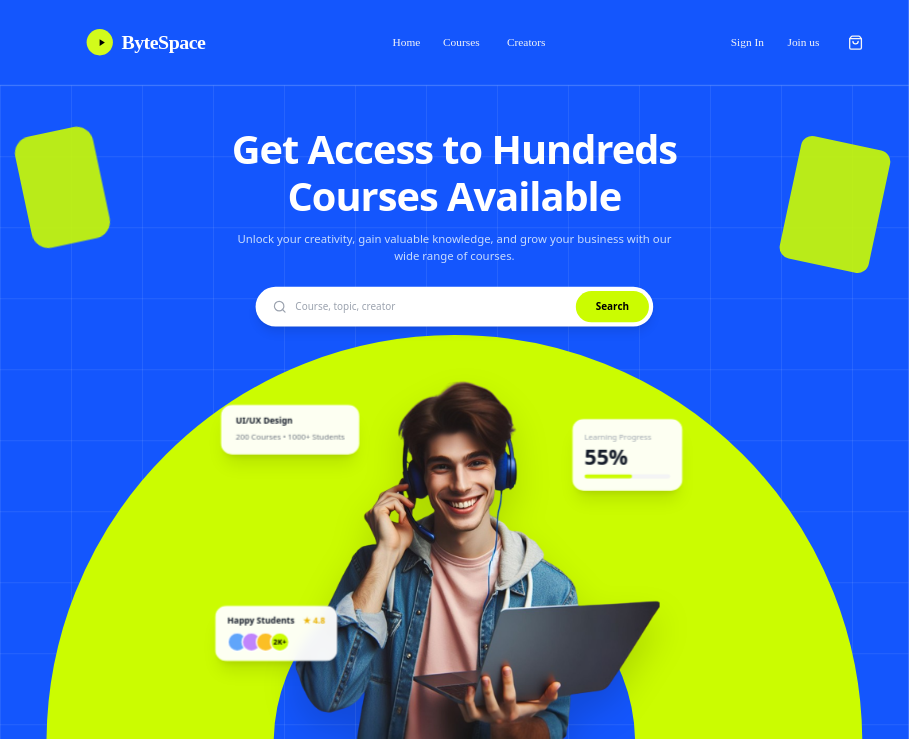
Repository: mdkawsarjomadder/bytespace
Page: /
These files come from the project's save history. The page is drawn as it stood at one moment and after the next save; the edit follows.
The browser window is 1280 px wide. The pictures show the whole page, at 71% of full size.
Some web fonts or font styles are not loaded; a fallback is used. The project was rebuilt for these pictures with package versions that can differ from the ones it lists, and the page was loaded fresh each time. Also part of the build but not shown: vite.config.js.

Above is the page before, as saved 2026-09-29 18:09:42.

### index.html
<!doctype html>
<html lang="en">
  <head>
    <meta charset="UTF-8" />
    <link rel="icon" type="image/svg+xml" href="/favicon.svg" />
    <meta name="viewport" content="width=device-width, initial-scale=1.0" />
    <title>bytespace</title>
  </head>
  <body>
    <div id="root"></div>
    <script type="module" src="/src/main.jsx"></script>
    <link href="https://api.fontshare.com/v2/css?f[]=satoshi@400,500,700&display=swap" rel="stylesheet">
  </body>
</html>

### src/App.jsx
import React from 'react';
import Navbar from './components/Navbar';
import Hero from './components/Hero';

function App() {
  return (
    <div className="min-h-screen bg-gray-50 font-sans">
      <Navbar />
      <Hero />
    </div>
  );
}

export default App;

### src/components/Navbar.jsx
import React from 'react';
import { ShoppingBag } from 'lucide-react';

const Navbar = () => {
  return (
    <header className="w-full h-[120px] bg-[#1456fd] border-b border-blue-400/20 pl-[122px] pr-16 flex items-center justify-between relative z-50">
      {/* 1. Brand Logo (Figma Specs: 171px x 37px) */}
      <div
        className="w-[171px] h-[37px] flex items-center gap-3 cursor-pointer select-none"
        style={{ opacity: 1 }}
      >
        {/* Play Icon Logo */}
        <div className="w-[37px] h-[37px] rounded-full bg-[#d2fb1b] flex items-center justify-center shrink-0">
          <svg
            className="w-4 h-4 text-black fill-current translate-x-0.5"
            viewBox="0 0 24 24"
          >
            <path d="M8 5v14l11-7z" />
          </svg>
        </div>
        {/* Logo Text */}
        <span className="text-[28px] font-bold tracking-tight text-white leading-none font-['Satoshi']">
          ByteSpace
        </span>
      </div>

      {/* 2. Navigation Links */}
      <nav className="hidden md:flex items-center gap-8 font-['Satoshi']">
        <a
          href="#home"
          className="text-[#F5F5F6] text-[16px] leading-[160%] font-normal hover:text-[#d2fb1b] transition-colors"
        >
          Home
        </a>
        <a
          href="#courses"
          className="w-[58px] h-[26px] flex items-center text-[#F5F5F6] text-[16px] leading-[160%] font-normal hover:text-[#d2fb1b] transition-colors"
          style={{ opacity: 1 }}
        >
          Courses
        </a>
        <a
          href="#creators"
          className="text-[#F5F5F6] text-[16px] leading-[160%] font-normal hover:text-[#d2fb1b] transition-colors"
        >
          Creators
        </a>
      </nav>

      {/* 3. Action Buttons & Cart */}
      <div className="flex items-center gap-6 font-['Satoshi']">
        <button
          className="w-[49px] h-[24px] flex items-center justify-center text-[#F5F5F6] text-[16px] leading-[24px] font-normal hover:text-white/80 transition-colors"
          style={{ opacity: 1 }}
        >
          Sign In
        </button>
        <button
          className="h-[24px] px-2 flex items-center justify-center text-[#F5F5F6] text-[16px] leading-[24px] font-normal hover:text-white/80 transition-colors"
          style={{ opacity: 1 }}
        >
          Join us
        </button>
        <button className="text-[#F5F5F6] hover:text-[#d2fb1b] transition-colors flex items-center justify-center ml-2">
          <ShoppingBag size={22} strokeWidth={2} />
        </button>
      </div>
    </header>
  );
};

export default Navbar;

### src/components/Hero.jsx
import React from 'react';
import { Search } from 'lucide-react';
import One1 from '../assets/01.png';

const Hero = () => {
  return (
    <section className="relative w-full bg-[#1456fd] overflow-hidden pt-14 pb-0 text-white flex flex-col items-center">
      {/* 1. Background Grid Pattern */}
      <div className="absolute inset-0 bg-[linear-gradient(to_right,#ffffff15_1px,transparent_1px),linear-gradient(to_bottom,#ffffff15_1px,transparent_1px)] bg-[size:100px_100px] pointer-events-none" />

      {/* 2. Ellipse 7 Background Ring (Exact Figma Specs: 1149px x 1149px, Border 320px) */}
      <div
        className="absolute rounded-full pointer-events-none z-0"
        style={{
          width: '1149px',
          height: '1149px',
          bottom: '-580px',
          left: '50%',
          transform: 'translateX(-50%)',
          border: '320px solid #CBFC01',
          boxSizing: 'border-box',
        }}
      />

      {/* 3. Decorative 3D Elements */}
      <div className="absolute left-8 top-16 w-28 h-40 bg-[#CBFC01] rounded-3xl opacity-90 blur-[0.5px] transform -rotate-12 pointer-events-none hidden lg:block" />
      <div className="absolute right-10 top-20 w-32 h-44 bg-[#CBFC01] rounded-2xl opacity-90 transform rotate-12 pointer-events-none hidden lg:block" />

      {/* 4. Top Text & Search Bar (Exact Spacing & Hierarchy) */}
      <div className="relative z-10 w-full max-w-[1200px] mx-auto px-4 flex flex-col items-center text-center">

        {/* Main Headline */}
        <h1 className="text-4xl md:text-[56px] font-bold tracking-tight text-white leading-[1.18] max-w-[900px]">
          Get Access to Hundreds <br /> Courses Available
        </h1>

        {/* Subtitle */}
        <p className="mt-4 text-sm md:text-base text-blue-100/90 max-w-[650px] font-normal leading-relaxed">
          Unlock your creativity, gain valuable knowledge, and grow your business with our wide range of courses.
        </p>

        {/* Search Bar */}
        <div className="mt-8 w-full max-w-[560px] bg-white rounded-full p-1.5 pl-6 flex items-center shadow-lg justify-between gap-3">
          <div className="flex items-center gap-3 w-full">
            <Search className="w-5 h-5 text-gray-400 shrink-0" />
            <input
              type="text"
              placeholder="Course, topic, creator"
              className="w-full bg-transparent text-gray-800 placeholder-gray-400 focus:outline-none text-sm font-medium"
            />
          </div>
          <button className="bg-[#CBFC01] hover:bg-[#b5e200] text-black font-semibold text-sm px-7 py-3 rounded-full transition-all duration-200 shrink-0 cursor-pointer">
            Search
          </button>
        </div>
      </div>

      {/* 5. Hero Visual Area (Image sitting flat at section bottom) */}
      <div className="relative w-full max-w-[578px] h-[541px] flex justify-center items-end z-10 mt-10">

        {/* Main Student Image */}
        <img
          src={One1}
          alt="Student Learning"
          className="w-[578px] h-[541px] object-contain block align-bottom pointer-events-none drop-shadow-2xl"
        />

        {/* Floating Card: UI/UX Design (Top Left) */}
        <div className="absolute -left-10 top-[70px] z-20 bg-white/95 backdrop-blur text-black p-3.5 px-5 rounded-2xl shadow-xl border border-white/20">
          <span className="text-xs font-bold text-gray-900 block">UI/UX Design</span>
          <span className="text-[11px] text-gray-500 font-medium">200 Courses • 1000+ Students</span>
        </div>

        {/* Floating Card: Learning Progress (Top Right) */}
        <div className="absolute -right-8 top-[90px] z-20 bg-white/95 backdrop-blur text-black p-4 rounded-2xl shadow-xl border border-white/20 min-w-[155px]">
          <span className="text-[11px] font-medium text-gray-400 block mb-1">Learning Progress</span>
          <span className="text-3xl font-extrabold text-gray-900 block leading-none">55%</span>
          <div className="w-full bg-gray-100 h-1.5 rounded-full mt-2.5 overflow-hidden">
            <div className="bg-[#CBFC01] h-full w-[55%] rounded-full" />
          </div>
        </div>

        {/* Floating Card: Happy Students (Bottom Left) */}
        <div className="absolute -left-12 bottom-[110px] z-20 bg-white/95 backdrop-blur text-black p-3 px-4 rounded-2xl shadow-xl border border-white/20">
          <div className="flex items-center justify-between gap-3 mb-2">
            <span className="text-xs font-bold text-gray-900">Happy Students</span>
            <span className="text-xs font-semibold text-yellow-500">★ 4.8</span>
          </div>
          <div className="flex items-center -space-x-2">
            <div className="w-7 h-7 rounded-full bg-blue-400 border-2 border-white"></div>
            <div className="w-7 h-7 rounded-full bg-purple-400 border-2 border-white"></div>
            <div className="w-7 h-7 rounded-full bg-amber-400 border-2 border-white"></div>
            <div className="w-7 h-7 rounded-full bg-[#CBFC01] border-2 border-white flex items-center justify-center text-[10px] font-bold text-black">
              2K+
            </div>
          </div>
        </div>

      </div>
    </section>
  );
};

export default Hero;

Loaded but not shown: src/main.jsx (common file); src/index.css (common file); tailwind.config.js (common file)

After the next save:
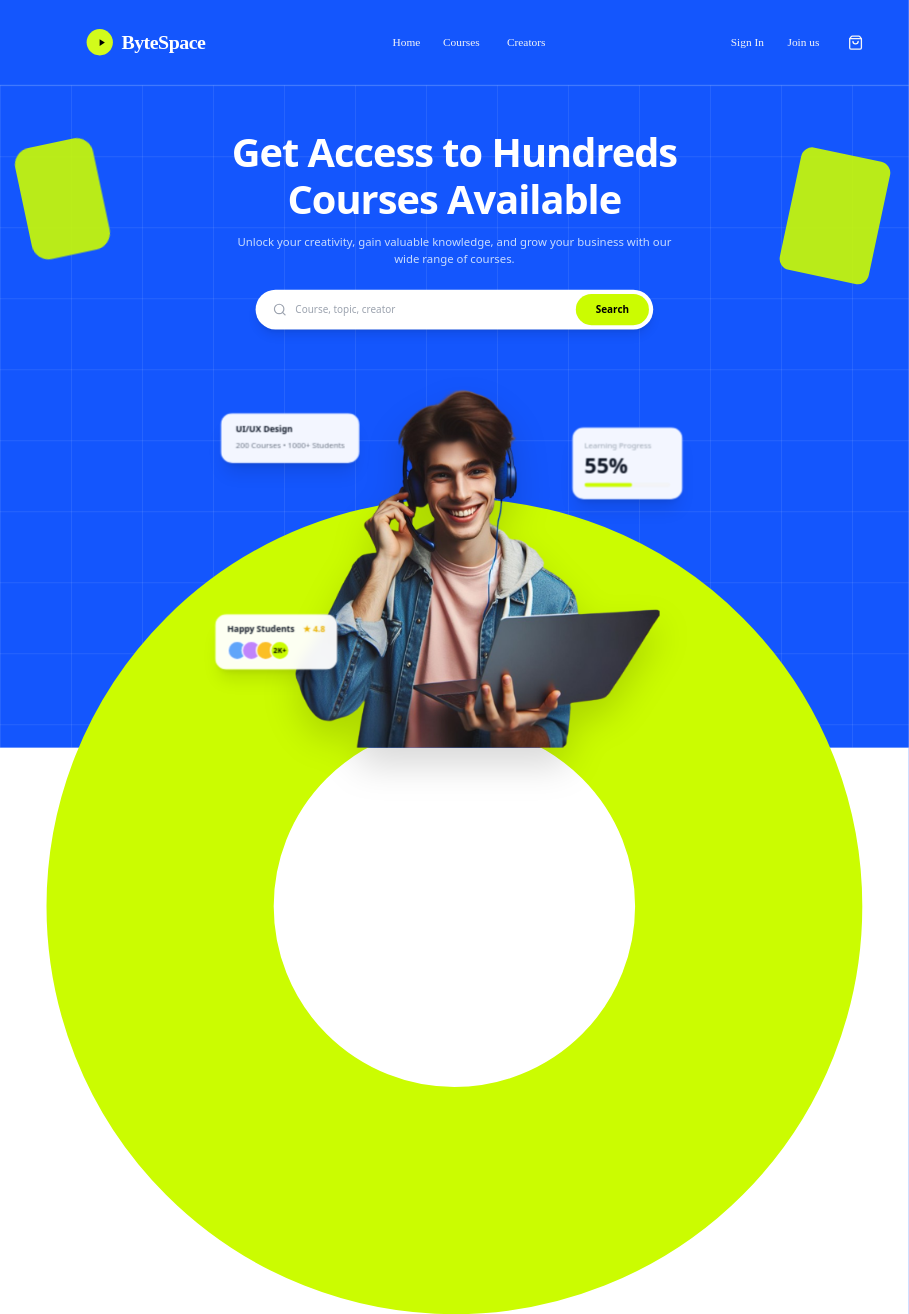
Saved 4 min 13 s later.
--- a/src/components/Hero.jsx
+++ b/src/components/Hero.jsx
@@ -4,17 +4,17 @@ import One1 from '../assets/01.png';
 
 const Hero = () => {
   return (
-    <section className="relative w-full bg-[#1456fd] overflow-hidden pt-14 pb-0 text-white flex flex-col items-center">
+    <section className="relative w-full bg-[#1456fd] pt-[60px] pb-0 text-white flex flex-col items-center">
       {/* 1. Background Grid Pattern */}
       <div className="absolute inset-0 bg-[linear-gradient(to_right,#ffffff15_1px,transparent_1px),linear-gradient(to_bottom,#ffffff15_1px,transparent_1px)] bg-[size:100px_100px] pointer-events-none" />
 
-      {/* 2. Ellipse 7 Background Ring (Exact Figma Specs: 1149px x 1149px, Border 320px) */}
+      {/* 2. Ellipse 7 (Exact Figma Specs: 1149x1149, top: 582px, border: 320px #CBFC01) */}
       <div
         className="absolute rounded-full pointer-events-none z-0"
         style={{
           width: '1149px',
           height: '1149px',
-          bottom: '-580px',
+          top: '582px',
           left: '50%',
           transform: 'translateX(-50%)',
           border: '320px solid #CBFC01',
@@ -23,12 +23,11 @@ const Hero = () => {
       />
 
       {/* 3. Decorative 3D Elements */}
-      <div className="absolute left-8 top-16 w-28 h-40 bg-[#CBFC01] rounded-3xl opacity-90 blur-[0.5px] transform -rotate-12 pointer-events-none hidden lg:block" />
-      <div className="absolute right-10 top-20 w-32 h-44 bg-[#CBFC01] rounded-2xl opacity-90 transform rotate-12 pointer-events-none hidden lg:block" />
+      <div className="absolute left-8 top-20 w-28 h-40 bg-[#CBFC01] rounded-3xl opacity-90 blur-[0.5px] transform -rotate-12 pointer-events-none hidden lg:block" />
+      <div className="absolute right-10 top-24 w-32 h-44 bg-[#CBFC01] rounded-2xl opacity-90 transform rotate-12 pointer-events-none hidden lg:block" />
 
-      {/* 4. Top Text & Search Bar (Exact Spacing & Hierarchy) */}
+      {/* 4. Top Text & Search Bar Container */}
       <div className="relative z-10 w-full max-w-[1200px] mx-auto px-4 flex flex-col items-center text-center">
-
         {/* Main Headline */}
         <h1 className="text-4xl md:text-[56px] font-bold tracking-tight text-white leading-[1.18] max-w-[900px]">
           Get Access to Hundreds <br /> Courses Available
@@ -56,8 +55,7 @@ const Hero = () => {
       </div>
 
       {/* 5. Hero Visual Area (Image sitting flat at section bottom) */}
-      <div className="relative w-full max-w-[578px] h-[541px] flex justify-center items-end z-10 mt-10">
-
+      <div className="relative w-full max-w-[578px] h-[541px] flex justify-center items-end z-10 mt-12">
         {/* Main Student Image */}
         <img
           src={One1}
@@ -95,7 +93,6 @@ const Hero = () => {
             </div>
           </div>
         </div>
-
       </div>
     </section>
   );
